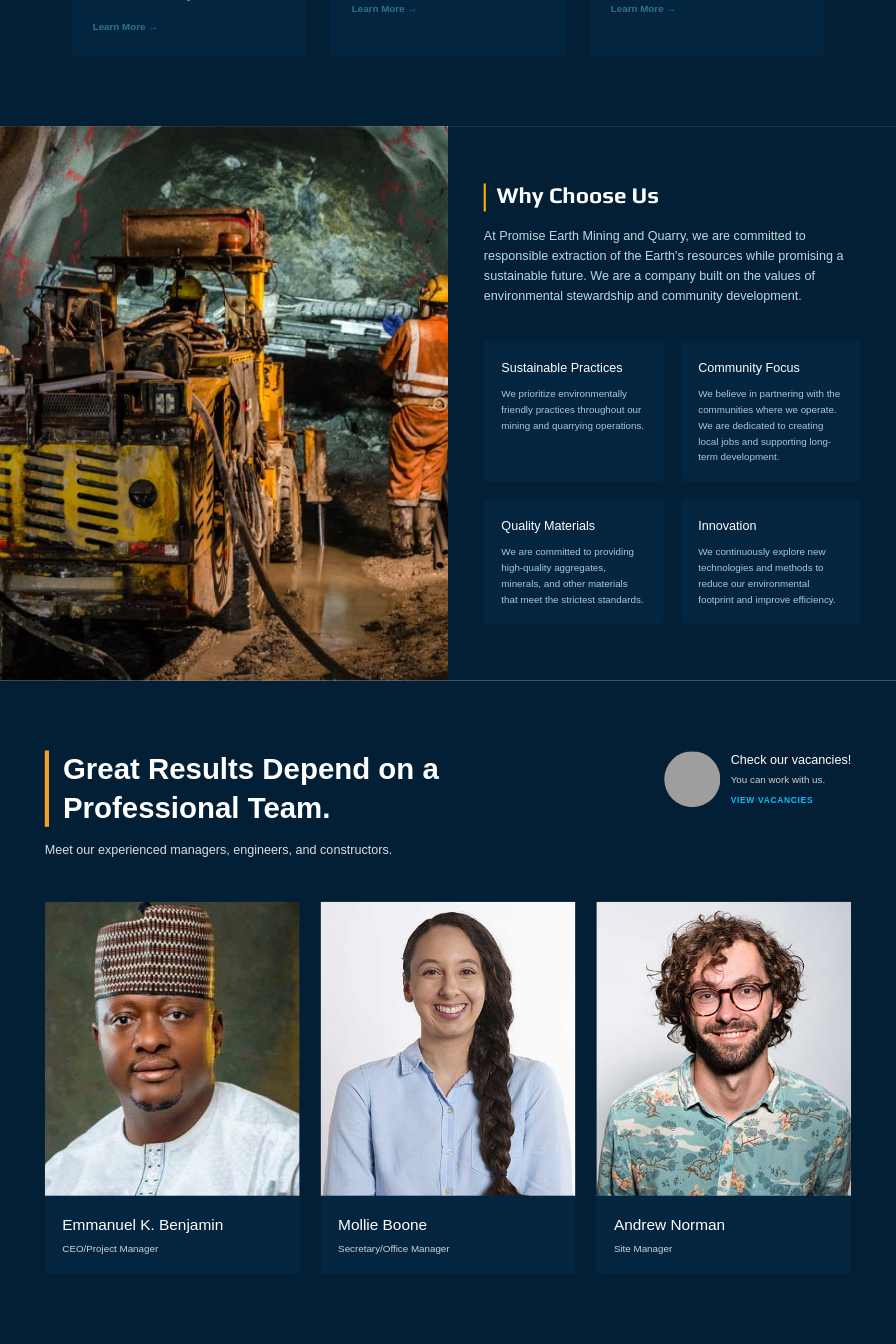
Repository: KC-Minchakpu/promise-earth
Page: /
An editor plug-in stored every save of this project. The page is shown before and after the next save, followed by the edit.
The browser window is 1280 px wide. The pictures show the part of the page from y = 2403 to 4323 px (the page is 4323 px tall), at 70% of full size.
Pictures or frames that could not be fetched are drawn as grey boxes. The project was rebuilt for these pictures with package versions that can differ from the ones it lists, and the page was loaded fresh each time. The framework's server and built-in components were replaced by stand-ins that run in the browser. Also part of the build but not shown: next.config.ts.

Above is the page before, as saved 2026-02-26 17:06:06.

After the next save:
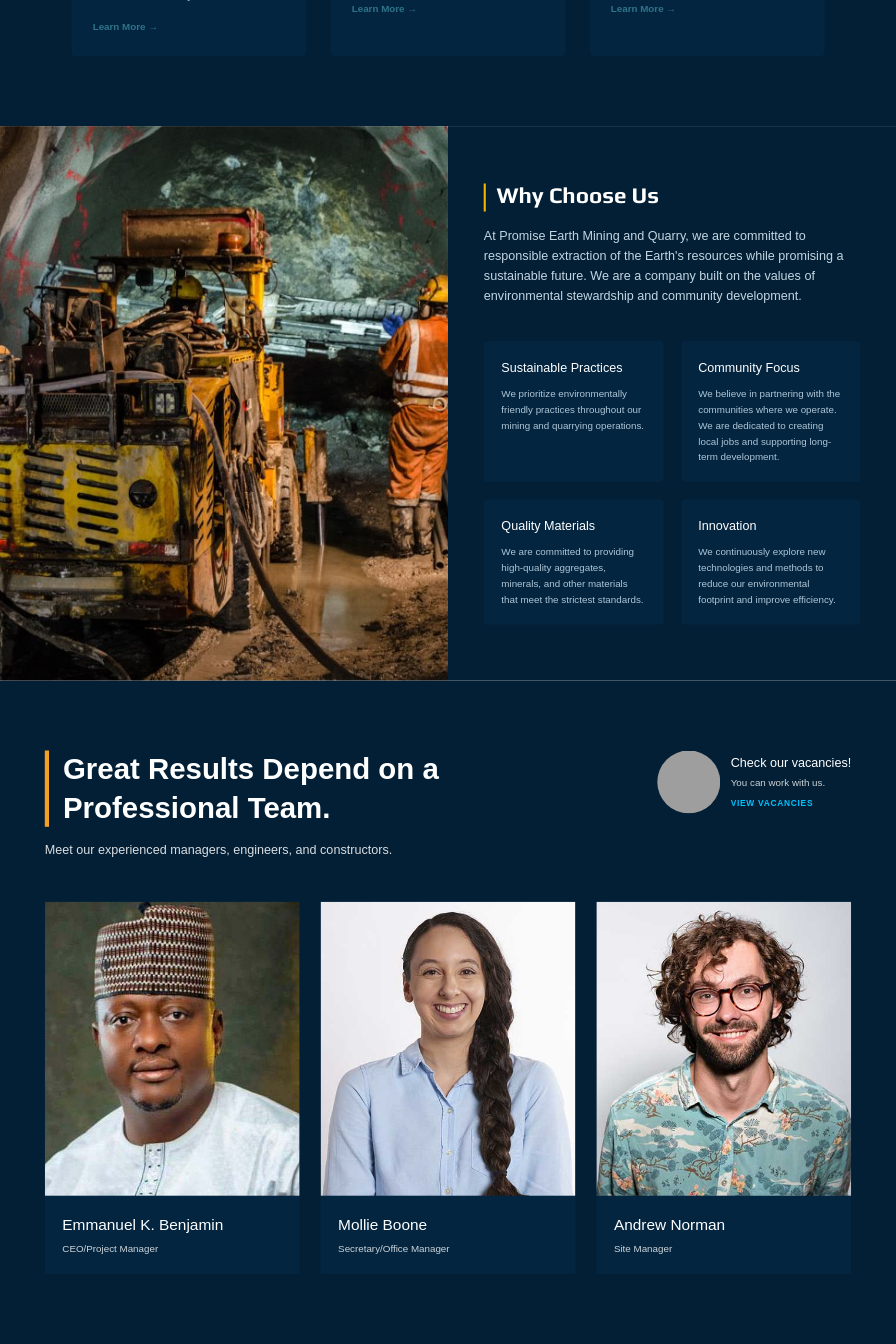
Saved 15 s later.
--- a/src/components/TeamSection/TeamSection.module.css
+++ b/src/components/TeamSection/TeamSection.module.css
@@ -54,8 +54,8 @@
 
 .vacancyImage {
   position: relative;
-  width: 80px;
-  height: 80px;
+  width: 90px;
+  height: 90px;
 }
 
 .roundImage {
